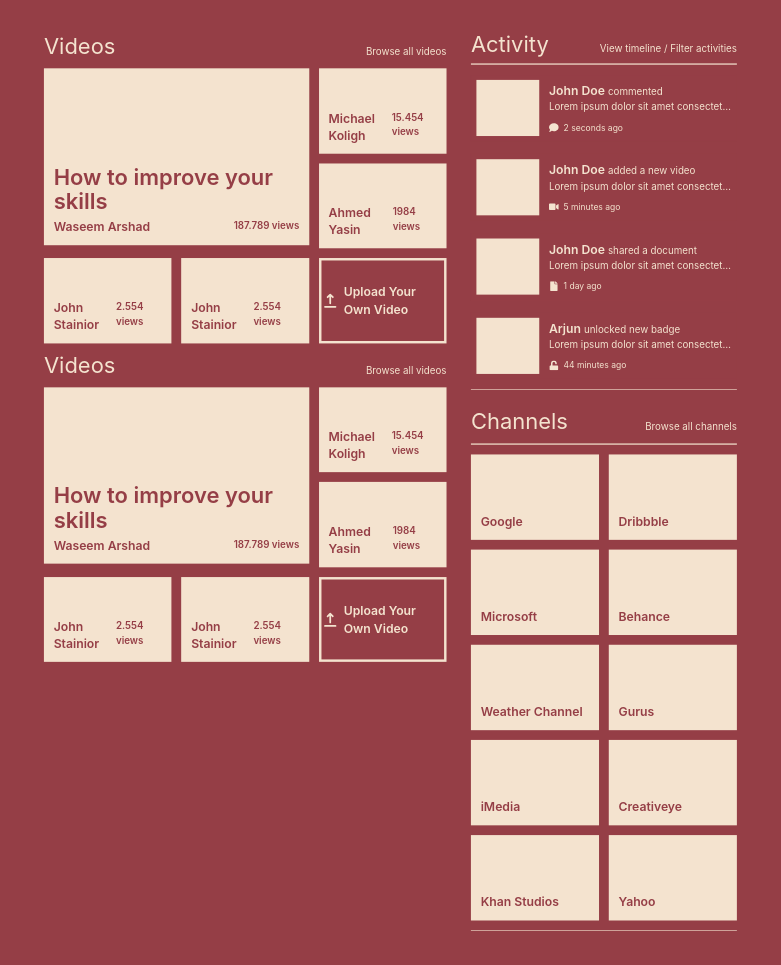
Repository: farrelmuhammad/test-salt
Page: /
The author's editor kept a copy of each file at every save. The page is drawn from the files as they stood at one save, then again after the next save.
The browser window is 1280 px wide. The pictures show the whole page, at 61% of full size.
The project was rebuilt for these pictures with package versions that can differ from the ones it lists, and the page was loaded fresh each time. Also part of the build but not shown: src/App.css.

Above is the page before, as saved 2022-11-21 17:01:12.

After the next save:
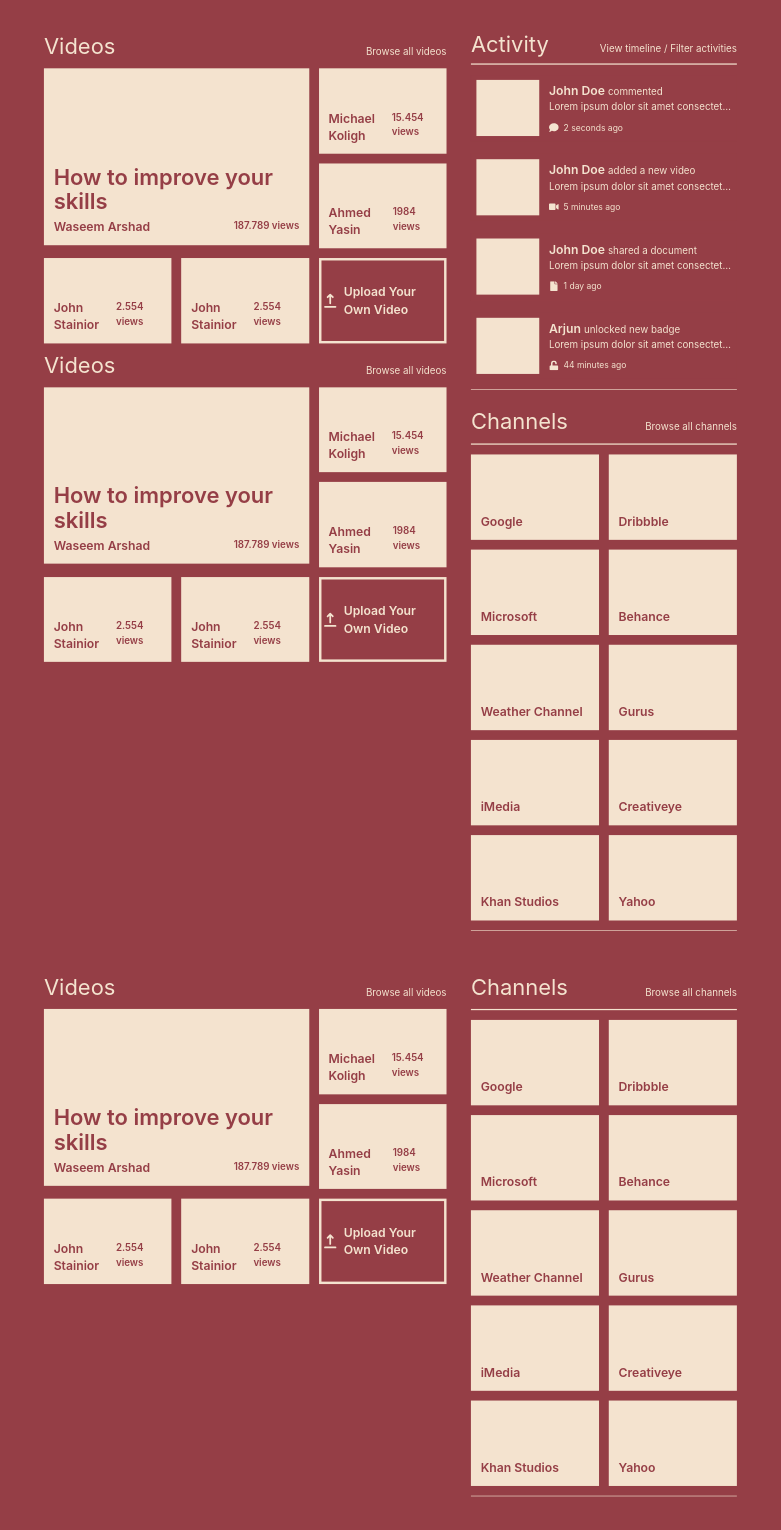
Saved 17 s later.
--- a/src/App.js
+++ b/src/App.js
@@ -20,6 +20,17 @@ function App() {
           </div>
         </div>
       </div>
+
+      <div className="container">
+        <div class="flex grid-cols-2 gap-2 m-10">
+          <div className="flex-auto w-64">
+            <People />
+          </div>
+          <div className="flex-auto w-8">
+            <Channels />
+          </div>
+        </div>
+      </div>
     </>
   );
 }
